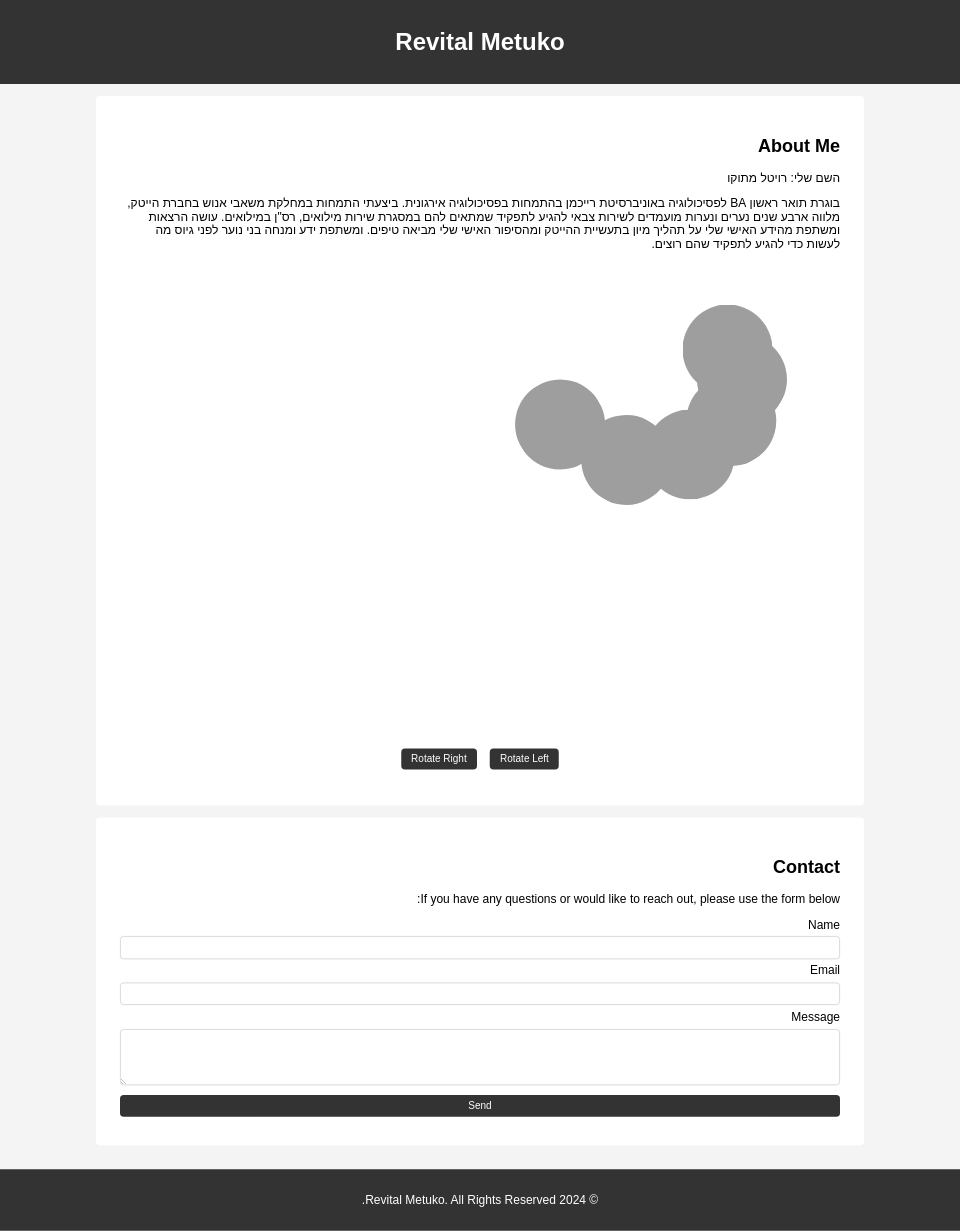
Repository: revitalmetuko/spiral-gallery
Page: RevitalWeb/index.html
These files come from the project's save history. The page is drawn as it stood at one moment and after the next save; the edit follows.
The browser window is 1280 px wide. The pictures show the whole page, at 75% of full size.
Pictures or frames that could not be fetched are drawn as grey boxes.

Above is the page before, as saved 2024-08-03 22:31:22.

After the next save:
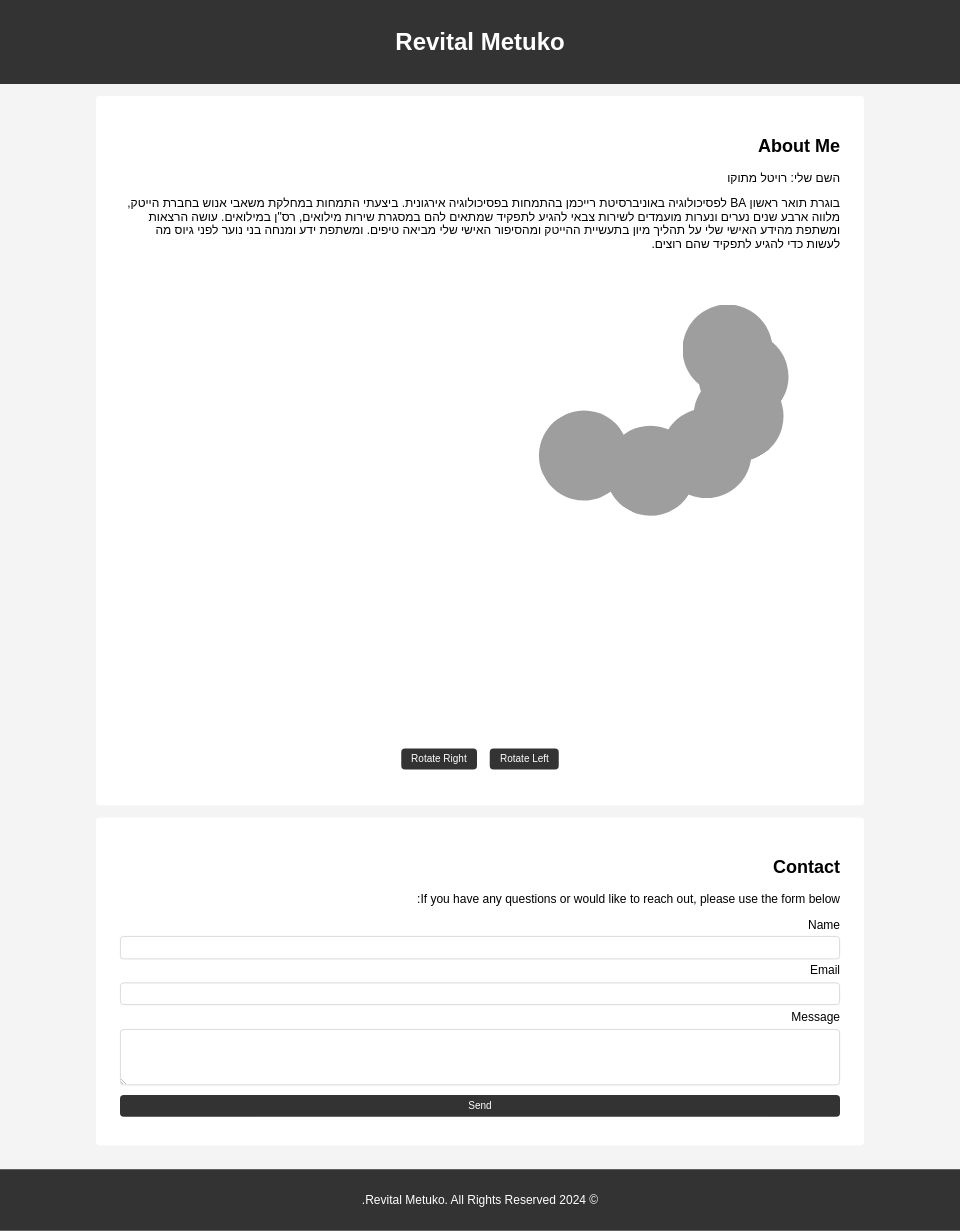
Saved 19 s later.
--- a/RevitalWeb/index.html
+++ b/RevitalWeb/index.html
@@ -139,7 +139,7 @@
         function updateSpiral() {
             images.forEach((img, index) => {
                 const angle = index * angleStep + currentAngle;
-                const radians = angle * (Math.PI / 180);
+                const radians = angle * (Math.PI / 200);
                 const x = centerX + currentRadius * Math.cos(radians) - 60;  // Adjusted for larger image size
                 const y = centerY + currentRadius * Math.sin(radians) - 60;  // Adjusted for larger image size
                 img.style.transform = `translate(${x}px, ${y}px) rotate(${angle}deg)`;
